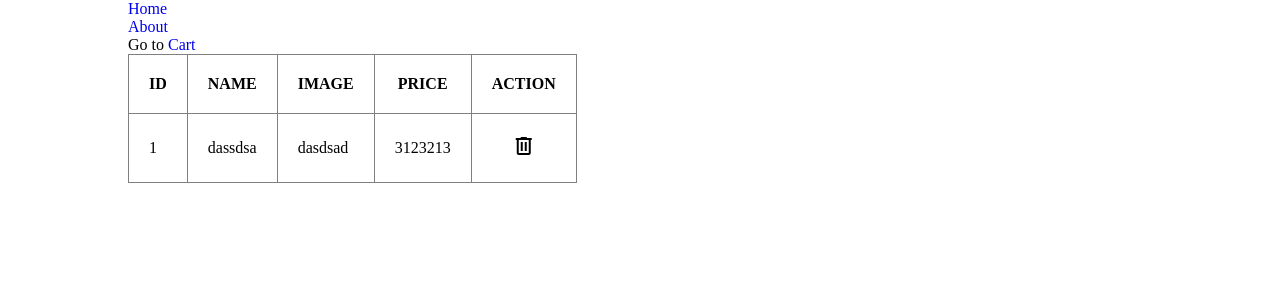
Repository: tuankiet10920/vuejs
Page: /cart
An editor plug-in stored every save of this project. The page is shown before and after the next save, followed by the edit.
The browser window is 1280 px wide. The pictures show the whole page.
The project was rebuilt for these pictures with package versions that can differ from the ones it lists, and the page was loaded fresh each time. Also part of the build but not shown: vite.config.js.

Above is the page before, as saved 2024-08-23 13:30:38.

After the next save:
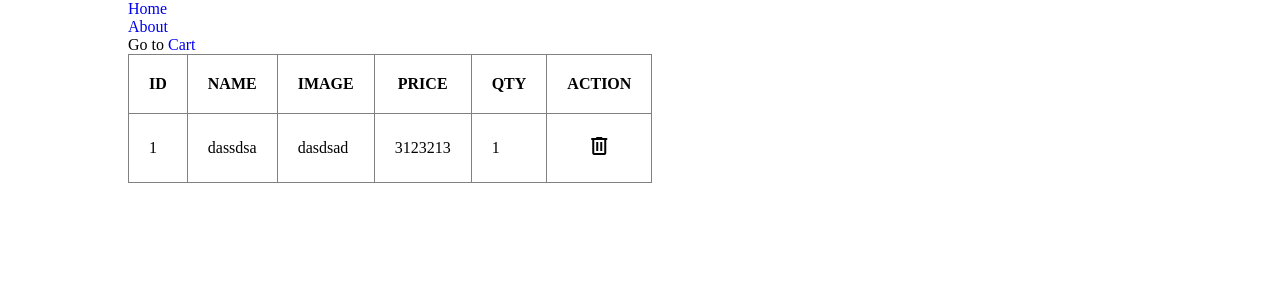
Saved 26 s later.
--- a/src/views/CartView.vue
+++ b/src/views/CartView.vue
@@ -10,6 +10,7 @@
                 <th>NAME</th>
                 <th>IMAGE</th>
                 <th>PRICE</th>
+                <th>QTY</th>
                 <th>ACTION</th>
             </tr>
         </thead>
@@ -19,6 +20,7 @@
                 <td>dassdsa</td>
                 <td>dasdsad</td>
                 <td>3123213</td>
+                <td>1</td>
                 <td style="text-align: center;">
                     <span class="material-symbols-outlined delete-btn">
                         delete
